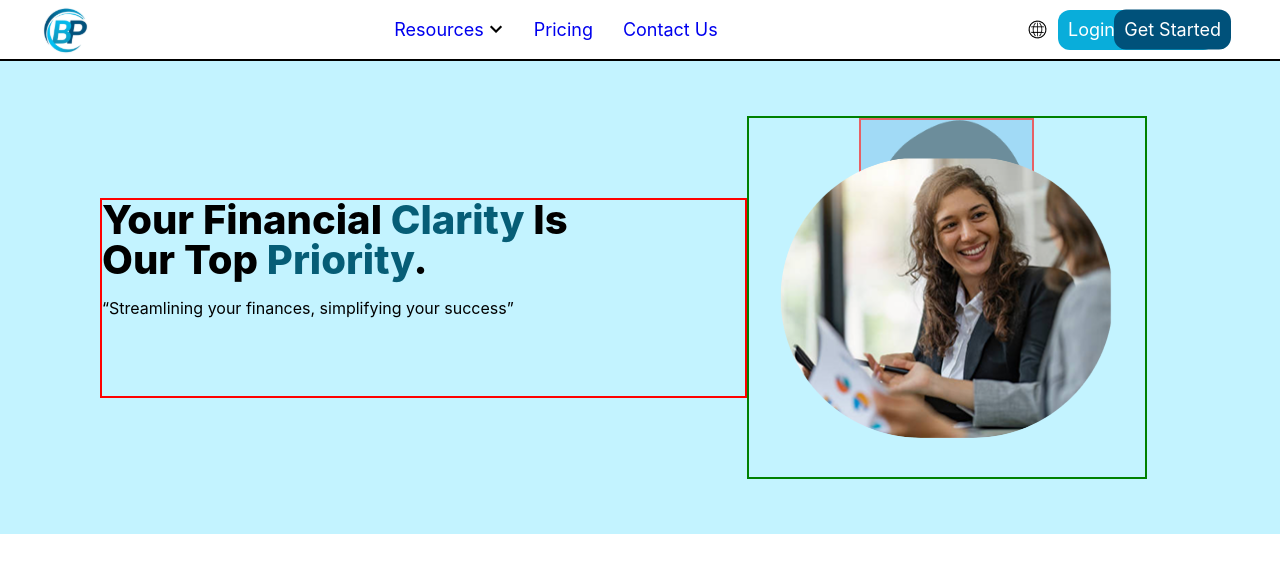
Repository: dark-txch/Bizpadi
Page: /
An editor plug-in stored every save of this project. The page is shown before and after a run of saves, followed by the edit.
The browser window is 1280 px wide. The pictures show the whole page.
The project was rebuilt for these pictures with package versions that can differ from the ones it lists, and the page was loaded fresh each time. Also part of the build but not shown: vite.config.js.

Above is the page before, as saved 2025-04-02 05:09:08.

### index.html
<!DOCTYPE html>
<html lang="en">
	<head>
		<meta charset="UTF-8" />
		<link rel="icon" type="image/svg+xml" href="/public/logo.svg" />
		<meta name="viewport" content="width=device-width, initial-scale=1.0" />
		<title>Bizpadi</title>
	</head>
	<body>
		<div id="root"></div>
		<script type="module" src="/src/main.jsx"></script>
	</body>
</html>

### src/index.css
:root {
	font-family: system-ui, Avenir, Helvetica, Arial, sans-serif;
	line-height: 1.5;
	font-weight: 400;

	color-scheme: light dark;
	color: black;
	background-color: white;

	font-synthesis: none;
	text-rendering: optimizeLegibility;
	-webkit-font-smoothing: antialiased;
	-moz-osx-font-smoothing: grayscale;
}

* {
	box-sizing: border-box;
	padding: 0;
	margin: 0;
	outline: none;
	border: none;
}

body {
	height: 100vh;
	width: 100vw;
	overflow: hidden;

	font-family: "inter", sans-serif;
}

a {
	text-decoration: none;
}

### src/App.jsx
import "./App.css";
import Nav from "./components/LandingPage/Nav";
import MidSection from "./components/LandingPage/MidSection";

function App() {
	return (
		<>
			<Nav />
			<MidSection />
		</>
	);
}

export default App;

### src/App.css
/*  LANDING PAGE/Main container */

@font-face {
	font-family: "MyCustomFont";
	src: url("/fonts/Inter/Inter-Italic-VariableFont_opsz,wght.ttf")
			format("truetype"),
		url("/fonts/Inter/Inter-VariableFont_opsz,wght.ttf") format("truetype");
	font-weight: normal;
	font-style: normal;
}

nav.homepage-nav {
	/*  this is the parent container */
	width: 100vw;
	height: 61px;
	display: flex;
	font-size: 18px;
	align-items: center;
	justify-content: space-between;
	border-bottom: 2px solid #000;
	box-shadow: 1px 1px 2px 0px rgba(0, 0, 0, 0.25%);
}

nav.homepage-nav .logo {
	/* this is the first div "LOGO" */
	margin-left: 30px;
	margin-top: 10px;
}

nav.homepage-nav :nth-child(2) a {
	/* this is the middle div */
	width: 309px;
	height: 24px;
	position: relative;
}

.homepage-nav div:nth-child(2) a:nth-of-type(1) {
	margin-right: 50px;
}

.homepage-nav div:nth-child(2) a:nth-of-type(2) {
	margin-right: 30px;
}

nav.homepage-nav :nth-child(2) a > img {
	position: absolute;
}

.homepage-nav div:nth-child(3) {
	/* this is the login and get started container .. the third div*/
	width: 218px;
	height: 40px;
	display: flex;
	justify-content: center;
	align-items: center;
	gap: 10px;
	position: relative;
	color: white;
	border-radius: 12px;
	margin-right: 50px;
}

.homepage-nav div:nth-child(3) a:nth-of-type(1) {
	/* this is the login button */
	background-color: #09adda;
	color: inherit;
	display: inline-block;
	width: 157px;
	padding: 8px;
	height: inherit;
	padding-left: 10px;
	border-radius: inherit;
	display: flex;
	align-items: center;
}

.homepage-nav div:nth-child(3) a:nth-of-type(2) {
	/* this is the signup button */
	background-color: #00517a;
	color: inherit;
	display: inline-block;
	/* width: 110px; */
	padding-left: 10px;
	padding-right: 10px;
	height: inherit;
	border-radius: inherit;
	position: absolute;
	top: -2px;
	right: -10px;
	transform: translate(-9px, 1.5px);
	display: flex;
	align-items: center;
}

/* MIDSECTION */
.midSection {
	background-color: #c3f3ff;
	height: 473px;
	display: flex;
	align-items: center;
}

.landingPageMotto {
	display: inline-block;
	width: 647px;
	height: 200px;
	top: 166px;
	left: 113px;
	/* gap: 19px; */

	margin-left: 100px;

	border: 2px solid red;
}

.landingPageMotto > h1 {
	width: 538px;
	height: 96px;

	font-weight: 800;
	font-size: 40px;
	line-height: 100%;
	text-transform: capitalize;
}

.landingPageMotto > h1 span {
	color: #065d76;
}

.landingPageImages {
	position: relative;
	border: 2px solid green;
	width: 399.93px;
	height: 362.9px;
	display: flex;
	justify-content: center;
	align-items: center;
}

.landingPageImages > img {
	position: absolute;
}

.landingPageImages > img:nth-of-type(1) {
	width: 334.57px;
	height: 281.66px;
	border-radius: 150px;
	z-index: 100;
}

.landingPageImages > img:nth-of-type(2) {
	width: 175.07px;
	height: 184.4px;
	top: 0;
	left: px;
	background-color: #65b0e799;
	opacity: 0.6;

	border: 2px solid red;
}

### src/components/LandingPage/Nav.jsx
export default function Nav() {
	return (
		// Main Landing container, parent housing the landing page
		<>
			{/* Inside of the main is the nav element */}
			<nav className="homepage-nav">
				<div className="logo">
					<img src="/assets/icons/logo.svg" alt="Bizpadi icon" />
				</div>

				{/* Second div */}
				<div>
					<a href="#">
						Resources
						<img src="/assets/icons/dropdown.png" alt="dropdown icon" />
					</a>
					<a href="#">Pricing</a>
					<a href="#">Contact Us</a>
				</div>

				{/* Third div */}
				<div>
					<img src="/assets/icons/world.png" alt="world" />
					<a href="#">Login</a>
					<a href="#">Get Started</a>
				</div>
			</nav>
		</>
	);
}

### src/components/LandingPage/MidSection.jsx
export default function MidSection() {
	return (
		<section className="midSection">
			<div className="landingPageMotto">
				<h1>
					Your financial <span>clarity</span> is our top <span>priority</span>.
				</h1>
				<p>“Streamlining your finances, simplifying your success”</p>
			</div>

			{/* This is the images section in the mid section */}
			<div className="landingPageImages">
				<img src="/assets/images/smiley.png" alt="smiley" />
				<img src="/assets/images/Vector-black.png" alt="vector-black" />
				<img src="/assets/images/Vector-blue.png" alt="vector-blue" />
				<img src="/assets/images/Vector-orange.png" alt="vector-orange" />
				<img src="/assets/images/Vector.png" alt="vector" />
			</div>
		</section>
	);
}

Loaded but not shown: src/main.jsx (common file)

After the next 4 saves:
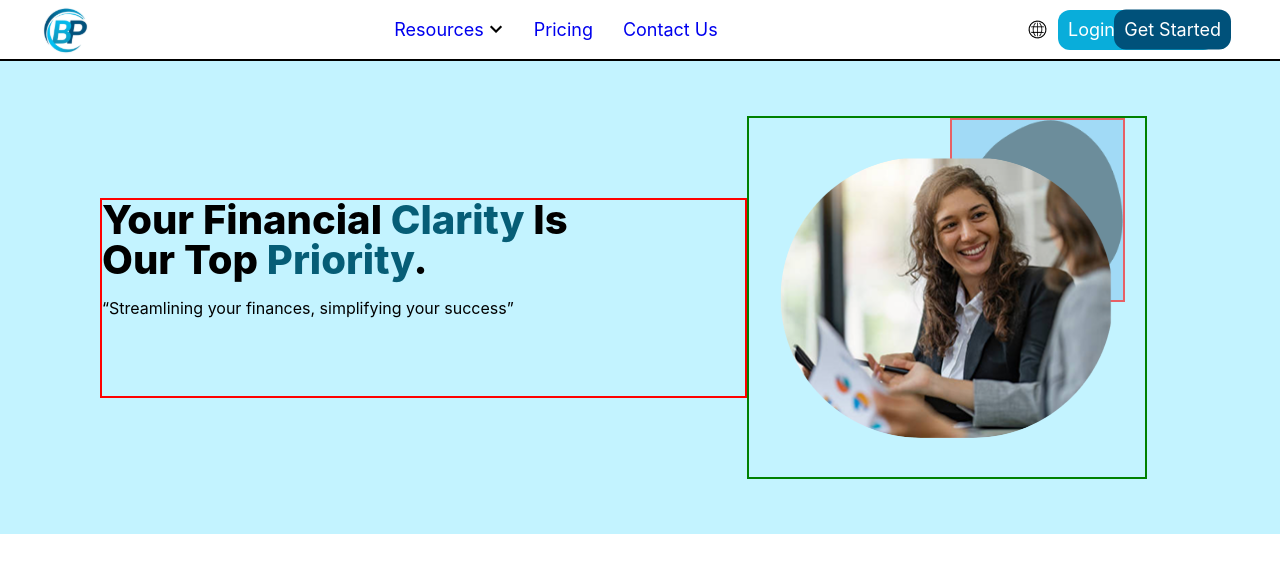
The 4 saves are shown as one change because they came seconds apart.
The last was saved 15 s later.
--- a/src/App.css
+++ b/src/App.css
@@ -152,7 +152,7 @@ nav.homepage-nav :nth-child(2) a > img {
 	width: 175.07px;
 	height: 184.4px;
 	top: 0;
-	left: px;
+	right: 20px;
 	background-color: #65b0e799;
 	opacity: 0.6;
 
